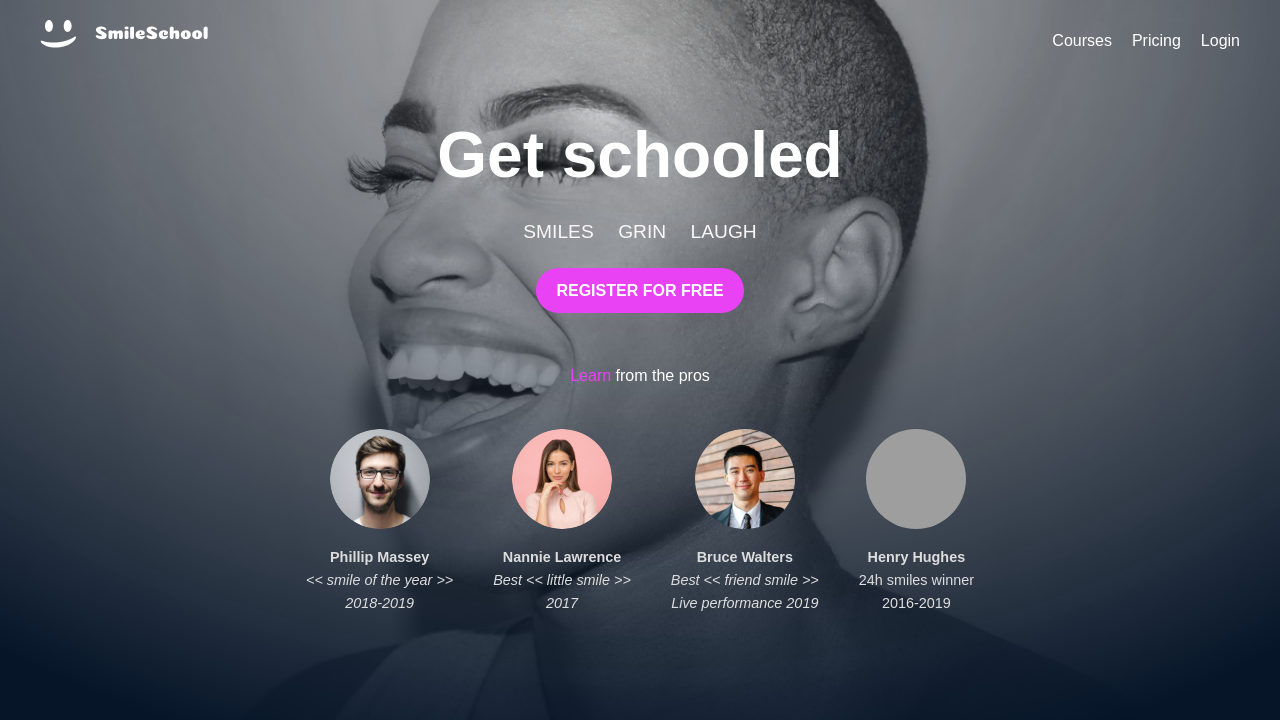
Repository: Patience225/alx_html_css
Page: css_advanced/index.html
The author's editor kept a copy of each file at every save. The page is drawn from the files as they stood at one save, then again after the next save.
The browser window is 1280 px wide. The pictures show the whole page.
Pictures or frames that could not be fetched are drawn as grey boxes.

Above is the page before, as saved 2025-01-03 21:52:29.

### css_advanced/index.html
<!DOCTYPE html>
<html lang="en">
<head>
    <meta charset="UTF-8">
    <meta name="viewport" content="width=device-width, initial-scale=1.0">
    <title>SmileSchool</title>
    <link rel="stylesheet" href="styles.css">
</head>
<body>
    <header class="header">
        <nav class="navbar">
            <div class="logo"> <img src="images/logo.png" alt="Logo" /></div>
            <ul class="nav-links">
                <li><a href="#">Courses</a></li>
                <li><a href="#">Pricing</a></li>
                <li><a href="#">Login</a></li>
            </ul>
        </nav>
    </header>

    <section class="banner">
        <div class="banner-content">
            <h1>Get schooled</h1>
            <div class="subtext">
                <span>SMILES</span>
                <span>GRIN</span>
                <span>LAUGH</span>
            </div>
            <a href="#" class="cta-button">REGISTER FOR FREE</a>
        </div>
        <div class="learn-pros">
            <p> <span>Learn</span> from the pros </p>
        </div>
        <div class="profiles">
            <div class="profile">
                <img src="images/Philip Massey.png" alt="Phillip Massey">
                <p><strong>Phillip Massey</strong><br> <em> << smile of the year >> </em> <br> <em>2018-2019</em> </p>
            </div>
            <div class="profile">
                <img src="images/Nannie Lawrence.png" alt="Nannie Lawrence">
                <p><strong>Nannie Lawrence</strong><br><em>Best << little smile >> </em><br><em>2017</em></p>
            </div>
            <div class="profile">
                <img src="images/Bruce Walters.png" alt="Bruce Walters">
                <p><strong>Bruce Walters</strong><br><em>Best << friend smile >></em><br><em>Live performance 2019</em></p>
            </div>
            <div class="profile">
                <img src="images/He" alt="Henry Hughes">
                <p><strong>Henry Hughes</strong><br>24h smiles winner<br>2016-2019</p>
            </div>
        </div>
    </section>
</body>
</html>

### css_advanced/styles.css
/* Reset Styles */
* {
  margin: 0;
  padding: 0;
  box-sizing: border-box;
}

body {
  font-family: Arial, sans-serif;
  line-height: 1.6;
  background: #000; /* Fallback background */
  color: white;
}

/* Header */
.header {
  position: absolute;
  top: 0;
  left: 0;
  width: 100%;
  z-index: 10;
  padding: 20px 40px;
}

.navbar {
  display: flex;
  justify-content: space-between;
  align-items: center;
}

.logo {
  font-size: 1.5rem;
  font-weight: bold;
}

.nav-links {
  list-style: none;
  display: flex;
  gap: 20px;
}

.nav-links li a {
  text-decoration: none;
  color: white;
  font-weight: 500;
}

/* Banner Section */
.banner {
  background: url('images/Object.png') no-repeat center/cover;
  height: 100vh;
  display: flex;
  flex-direction: column;
  align-items: center;
  justify-content: center;
  text-align: center;
  position: relative;
  color: white;
}

.banner h1 {
  font-size: 4rem;
  font-weight: bold;
  margin-bottom: 10px;
}

.subtext span {
  margin: 0 10px;
  font-size: 1.2rem;
  color: #fbf7f7;
}

.cta-button {
  display: inline-block;
  background: #e942f5;
  color: white;
  padding: 10px 20px;
  text-decoration: none;
  border-radius: 25px;
  margin: 20px 0;
  font-weight: bold;
}

.learn-pros {
  margin-top: 30px;
}

.learn-pros span {
  color: #e942f5;
}

.profiles {
  display: flex;
  justify-content: center;
  gap: 40px;
  margin-top: 40px;
}

.profile {
  text-align: center;
}

.profile img {
  width: 100px;
  height: 100px;
  border-radius: 50%;
  margin-bottom: 10px;
}

.profile p {
  font-size: 0.9rem;
  color: #ddd;
}

After the next save:
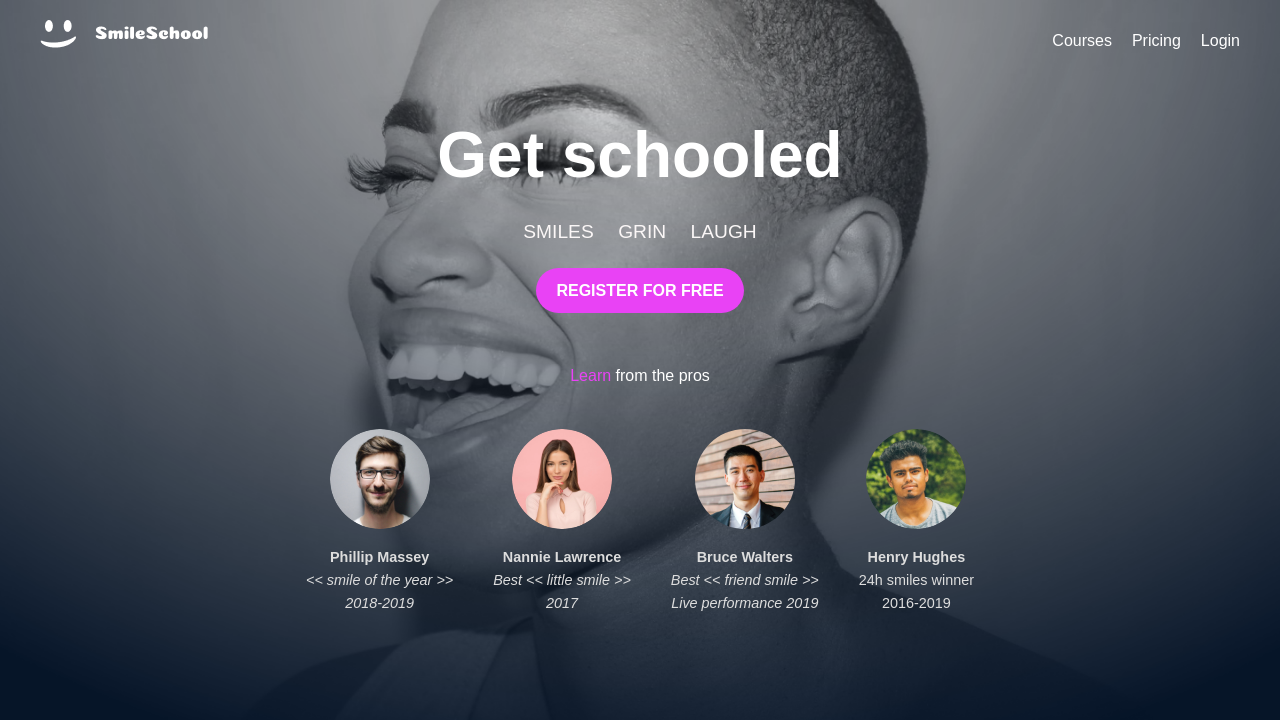
Saved 5 s later.
--- a/css_advanced/index.html
+++ b/css_advanced/index.html
@@ -45,7 +45,7 @@
                 <p><strong>Bruce Walters</strong><br><em>Best << friend smile >></em><br><em>Live performance 2019</em></p>
             </div>
             <div class="profile">
-                <img src="images/He" alt="Henry Hughes">
+                <img src="images/Henry Hughes.png" alt="Henry Hughes">
                 <p><strong>Henry Hughes</strong><br>24h smiles winner<br>2016-2019</p>
             </div>
         </div>
